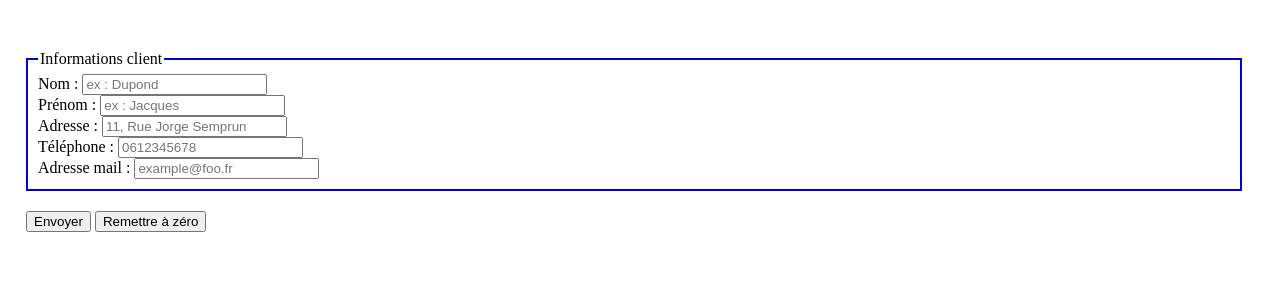
Repository: big73/NFE114
Page: http://localhost/Seance4-step1/creerClient.jsp
An editor plug-in stored every save of this project. The page is shown before and after the next save, followed by the edit.
The browser window is 1280 px wide. The pictures show the whole page.
The page is served by Tomcat 9.

Above is the page before, as saved 2015-12-30 14:11:43.

After the next save:
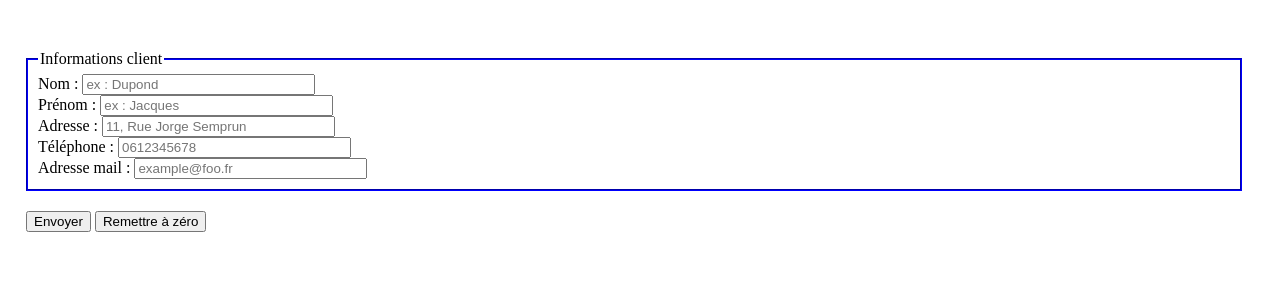
Saved 17 s later.
--- a/Seance4-step1/WebContent/css/style.css
+++ b/Seance4-step1/WebContent/css/style.css
@@ -15,5 +15,5 @@ fieldset {
 
 input[type="text"]
 {
-	margin-right : 50px;
+	padding-right : 50px;
 }
